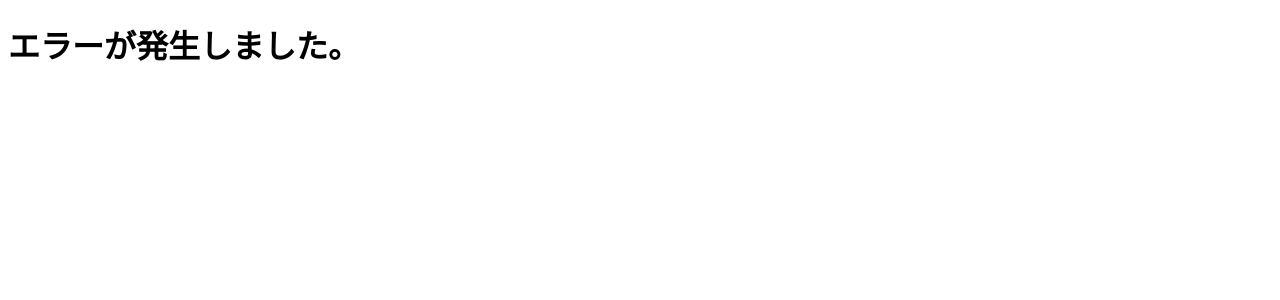
Repository: hagihara-eisuke01/Webpro
Page: http://localhost/Webproj5/helloStrutsError.jsp
The author's editor kept a copy of each file at every save. The page is drawn from the files as they stood at one save, then again after the next save.
The browser window is 1280 px wide. The pictures show the whole page.
The page is served by Tomcat 9. Nobody is signed in. The application's start-up code is not run.

Above is the page before, as saved 2019-11-13 14:39:31.

After the next save:
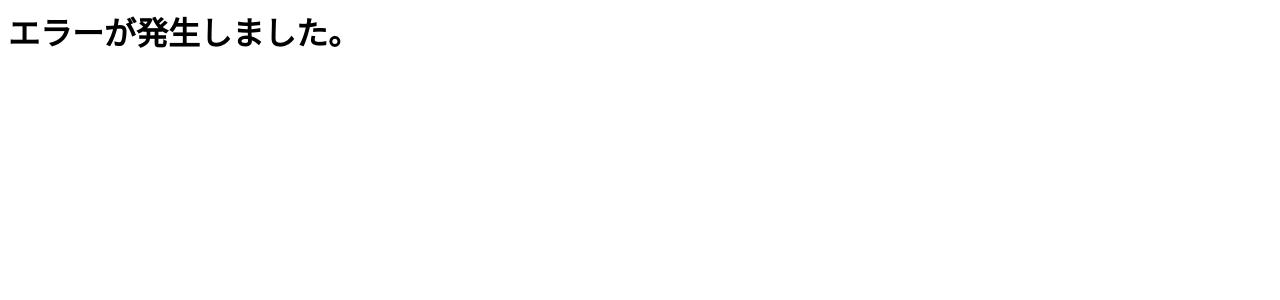
Saved 39 s later.
--- a/Webproj5/WebContent/helloStrutsError.jsp
+++ b/Webproj5/WebContent/helloStrutsError.jsp
@@ -1,7 +1,7 @@
 <%@ page language="java" contentType="text/html; charset=UTF-8"
     pageEncoding="UTF-8"%>
 <%@ taglib prefix="s" uri="/struts-tags" %>
-<!DOCTYPE html>
+<!DOCTYPE>
 <html>
 <head>
 <meta charset="UTF-8">
